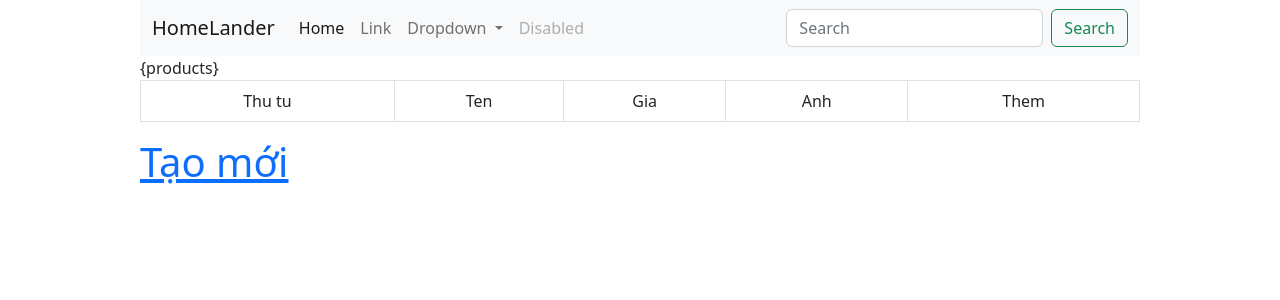
Repository: nguyenhung50497/MD3_demoDatabase1
Page: src/views/home.html
The author's editor kept a copy of each file at every save. The page is drawn from the files as they stood at one save, then again after the next save.
The browser window is 1280 px wide. The pictures show the whole page.

Above is the page before, as saved 2022-12-28 13:50:50.

After the next save:
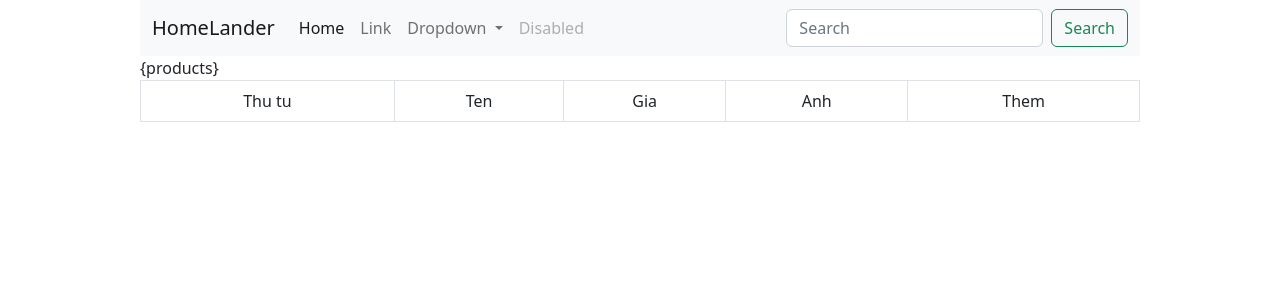
Saved 59 s later.
--- a/src/views/home.html
+++ b/src/views/home.html
@@ -56,7 +56,7 @@
         {products}
         </tbody>
       </table>
-      <h1><a href="/create">Tạo mới</a></h1>
+      <h1></h1>
     </div>
     <script src="https://cdn.jsdelivr.net/npm/bootstrap@5.2.3/dist/js/bootstrap.bundle.min.js" integrity="sha384-kenU1KFdBIe4zVF0s0G1M5b4hcpxyD9F7jL+jjXkk+Q2h455rYXK/7HAuoJl+0I4" crossorigin="anonymous"></script>
   </body>

After the save that followed:
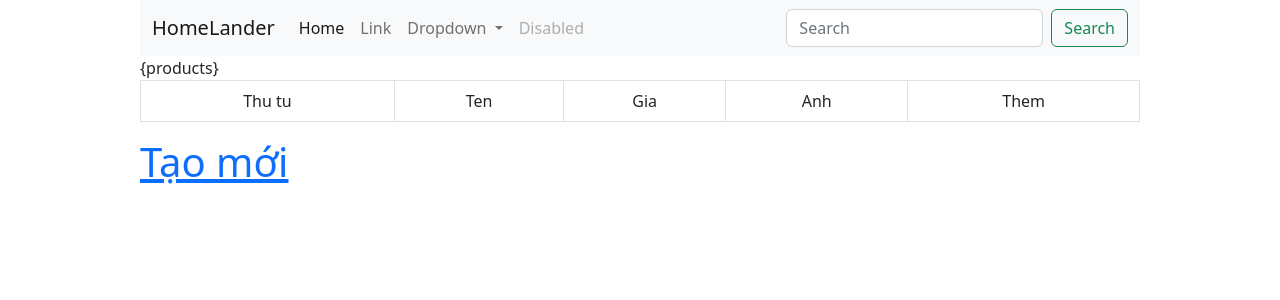
Saved 10 s later.
--- a/src/views/home.html
+++ b/src/views/home.html
@@ -56,7 +56,7 @@
         {products}
         </tbody>
       </table>
-      <h1></h1>
+      <h1><a href="/create">Tạo mới</a></h1>
     </div>
     <script src="https://cdn.jsdelivr.net/npm/bootstrap@5.2.3/dist/js/bootstrap.bundle.min.js" integrity="sha384-kenU1KFdBIe4zVF0s0G1M5b4hcpxyD9F7jL+jjXkk+Q2h455rYXK/7HAuoJl+0I4" crossorigin="anonymous"></script>
   </body>
